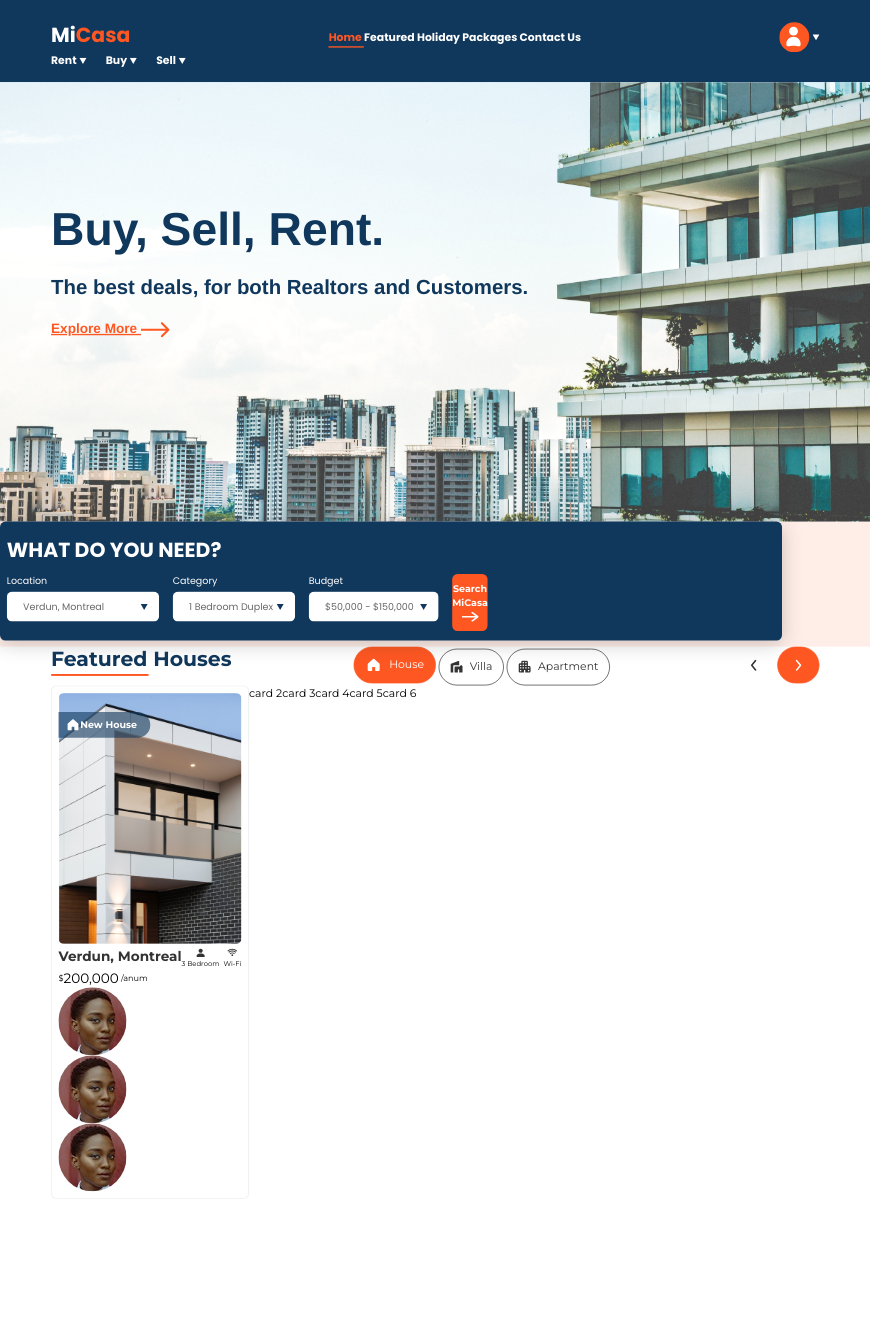
Repository: BenUnyolo/micasa-frontend
Page: index.html
The author's editor kept a copy of each file at every save. The page is drawn from the files as they stood at one save, then again after the next save.
The browser window is 1280 px wide. The pictures show the whole page, at 68% of full size.

Above is the page before, as saved 2021-10-17 17:21:09.

After the next save:
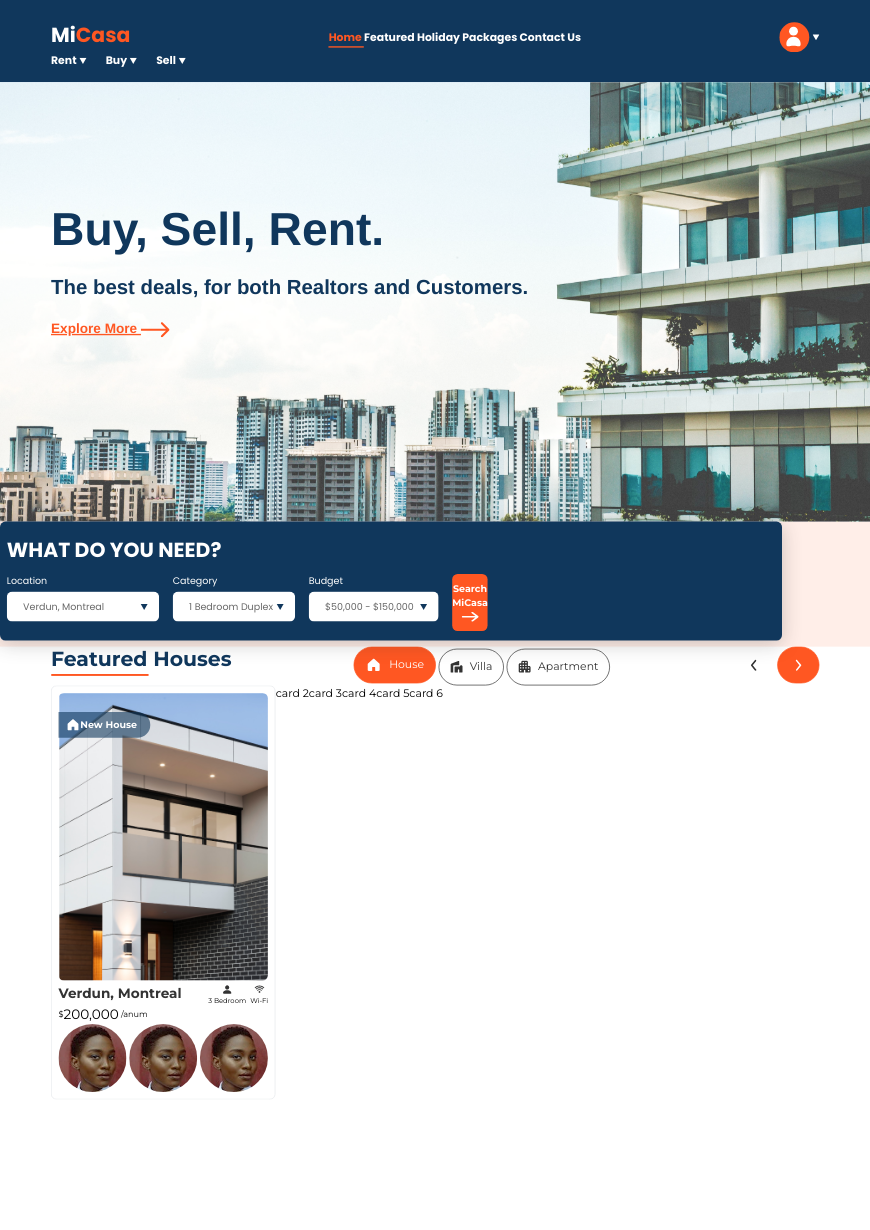
Saved 10 s later.
--- a/index.html
+++ b/index.html
@@ -426,17 +426,17 @@
           <div>
             <img
               src="assets/images/house_cards/placeholder_avatar_1.jpeg"
-              class="h-6.25 w-6.25 rounded-full object-cover"
+              class="h-6.25 w-6.25 rounded-full object-cover inline-block"
               alt="user 1 avatar"
             />
             <img
               src="assets/images/house_cards/placeholder_avatar_1.jpeg"
-              class="h-6.25 w-6.25 rounded-full object-cover"
+              class="h-6.25 w-6.25 rounded-full object-cover inline-block"
               alt="user 1 avatar"
             />
             <img
               src="assets/images/house_cards/placeholder_avatar_1.jpeg"
-              class="h-6.25 w-6.25 rounded-full object-cover"
+              class="h-6.25 w-6.25 rounded-full object-cover inline-block"
               alt="user 1 avatar"
             />
           </div>
